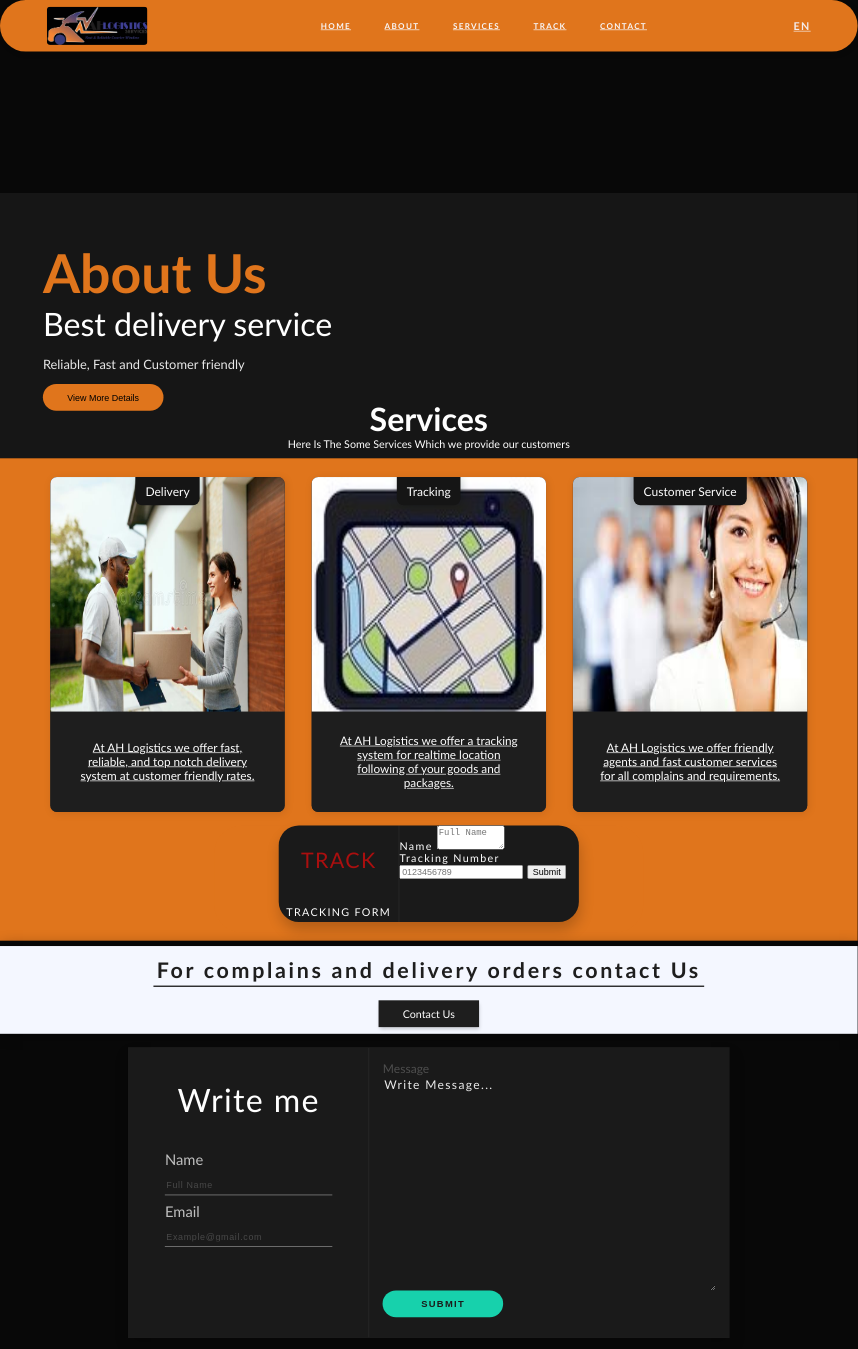
Repository: TheSecretlifeOfX/Ah-Logistics
Page: index.html
These files come from the project's save history. The page is drawn as it stood at one moment and after the next save; the edit follows.
The browser window is 1280 px wide. The pictures show the whole page, at 67% of full size.

Above is the page before, as saved 2022-03-02 15:33:06.

### index.html
<html>
<head>
<meta charset="utf-8">
<meta http-equiv="X-UA-Compatible" content="IE-edge">
<meta name="viewport" content="width=device-width, intial-scale=1.0">
<title>Logistics Website</title>
<link rel="stylesheet" href="./css/home.css">
</head>
<body>
<section id="main">
	<nav>
	<a href="#" class="logo"><img src="images/logo.jpg"></a>
	<div class="toggle"></div>
	<ul class="menu">
	<li class="active"><a href="#main" >Home</a></li>
	<li><a href="#about">About</a></li>
	<li><a href="#services">Services</a></li>
	<li><a href="#Tracking-Form">Track</a></li>
    <li><a href="#contact-form">Contact</a></li>
	</ul>
	<a href="#" class="lang">En</a>
	</nav>
    </section>
</div>
<section id="about">
	<div class="about-text">
	<h1>About Us</h1>
	<h2>Best delivery service</h2>
	<p>Reliable, Fast and Customer friendly</p>
	<button>View More Details</button>
	</div>
</section>
<section id="services">
<div class="s-heading">
<h1>Services</h1>
<p>Here Is The Some Services Which we provide our customers</p>
</div>
<div class="b-container">
<div class="s-box">
<div class="s-b-img">
    <div class="s-type">Delivery</div>
    <img src="images/delivery.jpg">
</div>
<div class="s-b-text">
<a href="#">At AH Logistics we offer fast, reliable, and top notch delivery system at customer friendly rates.</a>
</div>
</div>
<div class="s-box">
<div class="s-b-img">
    <div class="s-type">Tracking</div>
    <img src="images/track.jpg">
</div>
<div class="s-b-text">
<a href="#">At AH Logistics we offer a tracking system for realtime location following of your goods and packages.</a>
</div>
</div>
<div class="s-box">
<div class="s-b-img">
    <div class="s-type">Customer Service</div>
    <img src="images/customer.jpg">
</div>
<div class="s-b-text">
<a href="#">At AH Logistics we offer friendly agents and fast customer services for all complains and requirements.</a>
</div>
</div>
</div>
</div>
<section id=Tracking-Form>
<form>
<div class="Track-left">
	<h1 class="T-Heading">Track</h1>
<p class=T-2-Body>Tracking Form</p></div>
<div class="Track-right">
	<div class="C-Name">
	<font >Name</font>
	<textarea name="message" rows="2" cols="10" placeholder="Full Name"></textarea>
	<div class="f-Num">
		<font >Tracking Number</font>
		<input type="Number" placeholder="0123456789"/>
	<button>Submit</button>
	</div>
</section>
</form>
<section id="contact-btn">
	<h1 class="c-b-heading">For complains and delivery orders contact Us</h1>
		<button >Contact Us</button>
	</section>
<!--contact-form------------------->
<section id="contact-form">
<form>
<!--left--------------------------------------->
<div class="contact-left">
<h1 class="c-l-heading">Write me</h1>
<div class="f-name">
<font >Name</font>
<input type="text" placeholder="Full Name"/>
</div>
<div class="f-email">
<font >Email</font>
<input type="email" placeholder="Example@gmail.com"/>
</div>
</div>
<div class="contact-right">

<div class="message">
<font >Message</font>
<textarea name="message" rows="5" cols="20" placeholder="Write Message..."></textarea>
<button>Submit</button>
</div>
</form>
</section>
</section>
</body>
</html>

### css/home.css
body{
	margin:0px;
	padding:0px;
	background-color: #080808;
	background-size: 100%;
	min-height: 100vh;
	}
	#main{
		width:100%;
		height: 40vh;
		}
		nav{
			display:flex;
			justify-content: space-between;
			align-items: center;
			text-transform: uppercase;
			font-weight: 600;
			letter-spacing: 2px;
			font-family: calibri;
			top: 0;
			left: 10px;
			width:100%;
			box-sizing: border-box;
			padding: 5px 70px;
			background-color:#e0751c;
			box-shadow:2px 2px 12px rgba(0,0,0,0.05);
			z-index: 1;
			border-radius: 50px;
			}
			.menu{
			display: flex;

			}
			.menu li a{
			padding: 10px 25px;
			color:#f8f8fa;
			font-size: 12px;
			display:inline-block;
			}
			li{display:inline-block}
			.lang{
			color:#f3ecec;
			}
			.logo > img {
				width: 100%;
				height: 100%;
				max-width: 150px;
				display: flex;
				justify-content: center;
				align-items: center;
				text-align: center;
				margin-left: 0px;
				border-radius: 5px;
				 }
			.toggle{
			display: none;
			}
			.menu li a:hover{
			background-color:#292929;
			color:#FFF!important;
			font-weight: bold;
			transition: all ease 0.4s;
			}
			.lang:hover{
				background-color:#292929;
			color:#FFF!important;
			font-weight: bold;
			transition: all ease 0.4s;
			}
			#about{
				width:100%;
				height: 55vh;
				background-color:#161616;
				box-sizing: border-box;
				display: flex;
				align-items: center;
				justify-content: space-between;
				padding: 0px 5% 0px 5%;
			}
			.about-text{
				font-family: calibri;
				width: 50%;
			}
			.about-text h1{
				font-size: 5rem;
				color:#e0751c;
			}
			.about-text h2{
				font-size: 3rem;
				color:#FFFFFF;
				font-weight: 400;
			}
			.about-text h1,h2{
				margin: 0px;
				padding: 0px;
			}
			.about-text p{
				font-size: 1.2rem;
				color:rgba(255,255,255,0.90);

			}
			.about-text button{
				width: 180px;
				height: 40px;
				border-radius: 20px;
				border: none;
				outline: none;
				background-color:#e0751c;
			}
			.about-text button:hover{
				background-color: #FFFFFF;
				transition: all ease 0.3s;
			}
			#services{
				width:100%;
			height:100vh;
			box-sizing: border-box;
			font-family: calibri;
			display: flex;
			flex-direction: column;
			align-items: center;
			justify-content: center;
			padding-top: 500px ;
			background-color:#e0751c;
		}

		.s-heading h1{
			color:#FFFFFF;
			font-size: 3rem;
			margin: 0px;
			padding: 0px;

		}
		.s-heading p{
			color:rgb(255, 255, 255);
			font-size: 1rem;
			margin: 0px;
			padding: 0px;
		}
		.s-heading{
			text-align: center;
			margin: 20px 0px;
		}
		.s-box{
			background-color: #2B2B2B;
			width:350px;
			height: 500px;
			margin: 20px;
			border-radius: 10px;
			overflow: hidden;
			box-shadow: 2px 2px 12px rgba(0,0,0,0.1);
			position: relative;
		}
		.b-container{
			display: flex;
			justify-content: center;
			align-content: center;


		}
		.s-b-img{
			width: 100%;
			height: 70%;

		}
		.s-b-img img{
			width:100%;
			height: 100%;

		}
		.s-b-text{
			width: 100%;
			height: 30%;
			background-color:#1E1E1E;
			display:flex;
			justify-content: center;
			align-items: center;
			text-align: center;
		}
		.s-b-text a{
			margin: 0px;
			color:#FFFFFF;
			font-size: 1.1rem;
			font-family: calibri;
			display: block;
			display: -webkit-box;
			max-width: 80%;
			-webkit-line-clamp: 4;
			-webkit-box-orient: vertical;
			overflow: hidden;
			text-overflow: ellipsis;
		}
		.s-b-text a:hover{
			color:rgba(255,255,255,0.50)
		}
		.s-type{
			font-family: calibri;
			color:#FFFFFF;
			background-color: #151515;
			padding: 10px 15px;
			position: absolute;
			top: 0px;
			left: 50%;
			transform: translateX(-50%);
			font-size: 18px;
			border-radius: 0px 0px 10px 10px;
			box-shadow: 2px 2px 12px rgba(0,0,0,0.2);
		}
		.s-box:hover{
			transform:translateY(-10px);
			transition: all ease 0.3s;

		}
		#Tracking-Form{
			width: 50%;
			height: 100vh;
			display: flex;
			justify-content: center;
			align-items: center;
			background-color:#e0751c;
			border-radius: 40px;
		}
		#Tracking-Form form{
			display: flex;
			width: 70%;
			height: 20vh;
			background-color: #1A1A1A;
			box-shadow: 2px 12px 20px rgba(0,0,0,0.2);
			border-radius: 30px
		}
		.Track-left{
			width: 40%;
			height: 100%;
			display: flex;
			flex-direction: column;
			align-items: center;
			text-transform: uppercase;
		}
		.Track-right{
			width: 60%;
			height: 100%;
			box-sizing: border-box;
			display: flex;
			flex-direction: column;
			justify-content: space-between;
			border-left: 1px solid rgba(255,255,255,0.08);
		}
		.contact-right button{
			width: 100%;
			height: 50px;
			background-color: #e0751c;
			font-weight: bold;
			outline: none;
			border: none;
			margin: 0px;
			color:#1B1B1B;
			font-size: 14px;
			text-transform: uppercase;
			letter-spacing: 2px;
		}
		.T-Heading{
			font-family: calibri;
			color:#aa0f0f;
			font-size: 2rem;
			letter-spacing: 2px;
			font-weight: 250;
			}
		.T-2-body{
			font-family: calibri;
			color:#FFFFFF;
			font-size: 1rem;
			letter-spacing: 2px;
			font-weight: 200;
		}
		.C-Name{
			font-family: calibri;
			color:#FFFFFF;
			font-size: 1rem;
			letter-spacing: 2px;
			font-weight: 200;
		}
		.F-Num{
			font-family: calibri;
			color:#FFFFFF;
			font-size: 1rem;
			letter-spacing: 2px;
			font-weight: 200;
		}
		#contact-btn{
			width: 100%;
			display: flex;
			flex-direction: column;
			justify-content:center;
			align-items: center;
			height: 200px;
			background-color: #F4F7FF;
			margin: 20px 0px;
			box-sizing: border-box;
			box-shadow:2px 0px 20px rgba(0,0,0,0.4);
		}
		.c-b-heading{
			font-size: 2rem;
			color:#1E1E1E;
			font-family: calibri;
			margin: 10px;
			padding: 5px;
			letter-spacing: 4px;
			border-bottom: 2px solid #1E1E1E;

		}
		#contact-btn button{
			color:#FFFFFF;
			font-size: 1rem;
			font-family: calibri;
			width:150px;
			height: 40px;
			margin: 10px;
			background-color: #1E1E1E;
			border: none;
			outline: none;
			box-shadow: 2px 5px 6px rgba(0,0,0,0.2);
		}
		#contact-btn button:hover{
			background-color: #17d1ac;
			color:#000000;
			transition: all ease 0.5s;
			font-weight: bold;
		}
		#contact-form{
			width: 100%;
			height: 90vh;
			display: flex;
			justify-content: center;
			align-items: center;

		}
		#contact-form form{
			display: flex;
			width: 70%;
			height: 60vh;
			background-color: #1A1A1A;
			box-shadow: 2px 12px 20px rgba(0,0,0,0.2);
			border: 1px solid rgba(255,255,255,0.01)
		}

		.contact-left{
			width: 40%;
			height: 100%;
			display: flex;
			flex-direction: column;
			align-items: center;
		}
		.contact-right{
			width: 60%;
			height: 100%;
			box-sizing: border-box;
			display: flex;
			flex-direction: column;
			justify-content: space-between;
			border-left: 1px solid rgba(255,255,255,0.08);
		}
		.contact-right button{
			width: 100%;
			height: 50px;
			background-color: #e0751c;
			font-weight: bold;
			outline: none;
			border: none;
			margin: 0px;
			color:#1B1B1B;
			font-size: 14px;
			text-transform: uppercase;
			letter-spacing: 2px;

		}
		.c-l-heading{
			font-family: calibri;
			color:#FFFFFF;
			font-size: 3rem;
			letter-spacing: 2px;
			font-weight: 400;

		}
		.f-name,.f-email{
			display: flex;
			flex-direction: column;
			font-family: calibri;

		}
		.f-name font,.f-email font{
			color:#BFBFBF;
			font-size: 22px;
		}
		.f-name input,.f-email input{
			height: 30px;
			width:250px;
			border: none;
			outline: none;
			background-color:transparent;
			border-bottom: 1px solid #929292;
			color:#FFFFFF;
			margin: 10px 0px;
		}
		.f-email input::placeholder,
		.f-name input::placeholder{
			opacity: 0.5;
			letter-spacing: 1px;
		}
		.f-email input:focus,
		.f-name input:focus{
			border-bottom: 1px solid #0d0e0d;
			transition: all ease 0.5s;
		}.message font{
			font-size: 18px;
			color:#4E4E4E;
			font-family: calibri;

		}
		.message{
			margin: 20px;
		}
		.contact-right textarea{
			width: 100% !important;
			height: 320px !important;
			border: none;
			outline: none;
			background-color:transparent;
			box-sizing: border-box;
			color:#EBEBEB;
			font-size: 16px;
		}
		.contact-right textarea::placeholder{
			color:#EBEBEB;
			font-size: 18px;
			letter-spacing: 2px;
			font-family: calibri;
		}
		.contact-right button:active{
			transform: scale(1.04);
			transition: all ease 0.1s;
		}
		.message button{
			width: 180px;
			height: 40px;
			border-radius: 20px;
			border: none;
			outline: none;
			background-color:#17d1ac;
		}
		  .message button:hover{
			background-color: #d8d8e4;
			transition: all ease 0.3s;
		  }

After the next save:
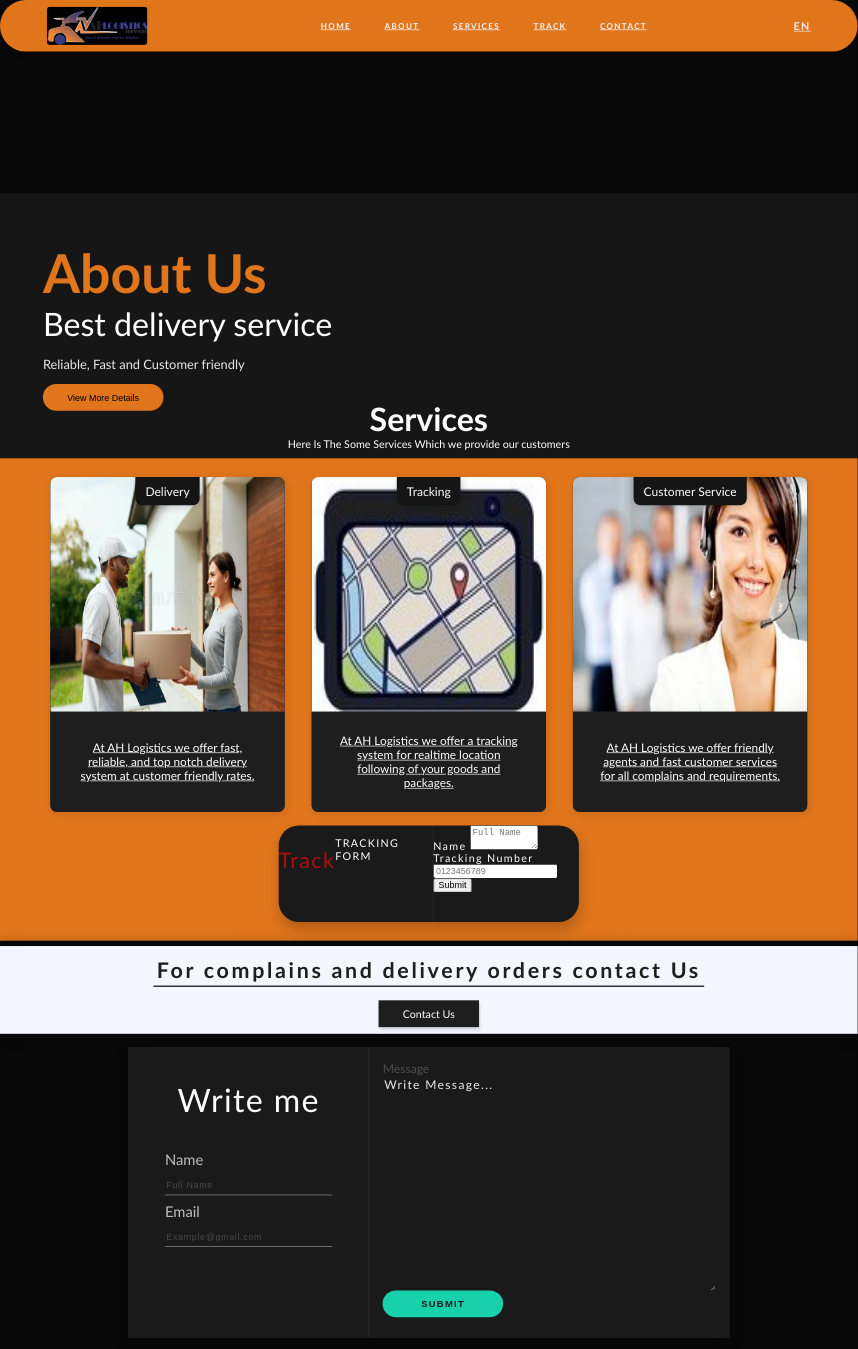
Saved 2 min 37 s later.
--- a/index.html
+++ b/index.html
@@ -67,8 +67,9 @@
 </div>
 <section id=Tracking-Form>
 <form>
+<div class="track-center">
+	<h1 class="T-Heading">Track</h1></div>
 <div class="Track-left">
-	<h1 class="T-Heading">Track</h1>
 <p class=T-2-Body>Tracking Form</p></div>
 <div class="Track-right">
 	<div class="C-Name">
